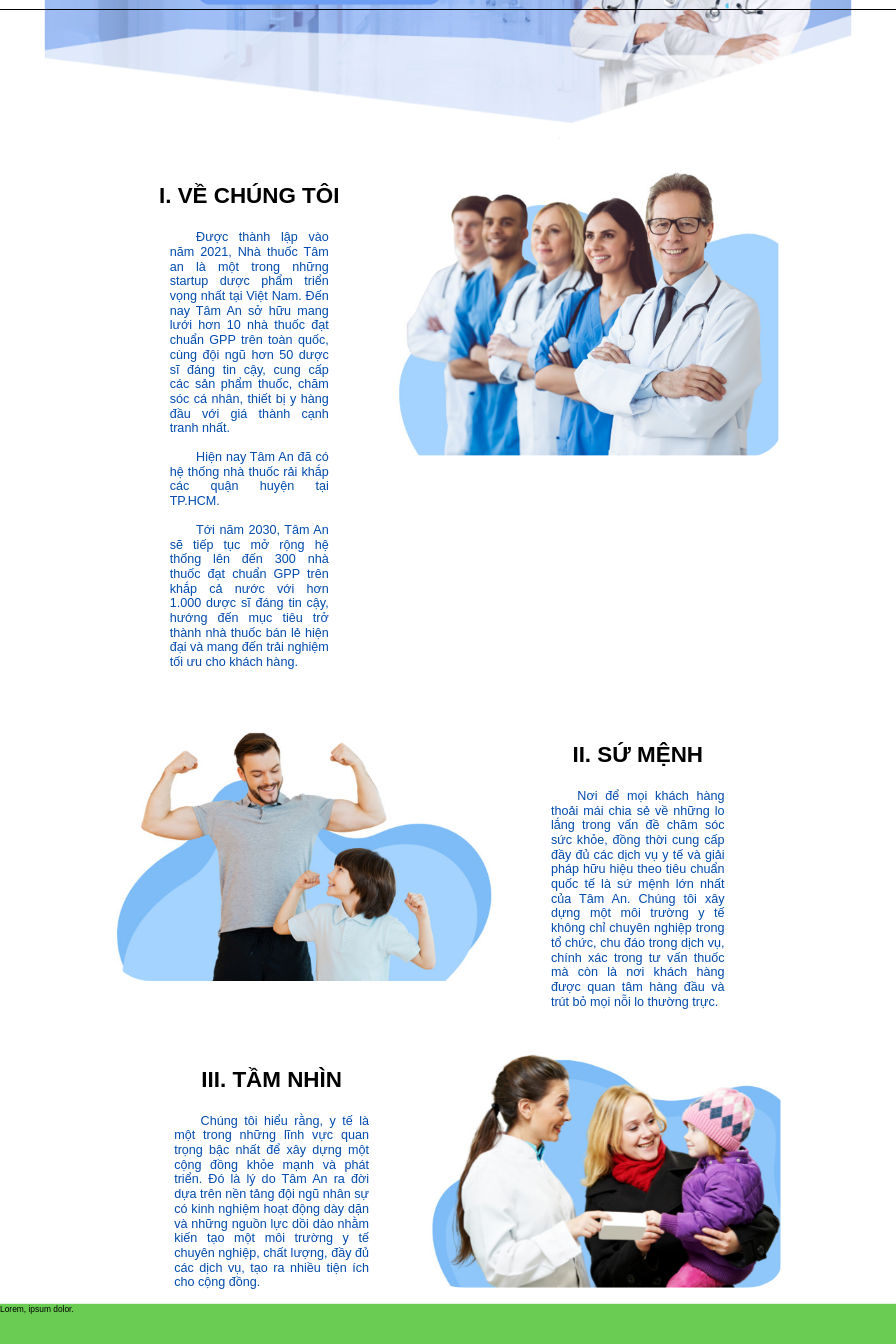
Repository: ViralAIWorks/TamAnPharmacy.github.io
Page: pages/thongtin.html
An editor plug-in stored every save of this project. The page is shown before and after the next save, followed by the edit.
The browser window is 1280 px wide. The pictures show the part of the page from y = 352 to 2272 px (the page is 2578 px tall before and 2566 px after), at 70% of full size.
Some web fonts or font styles are not loaded; a fallback is used.

Above is the page before, as saved 2022-03-14 11:23:08.

After the next save:
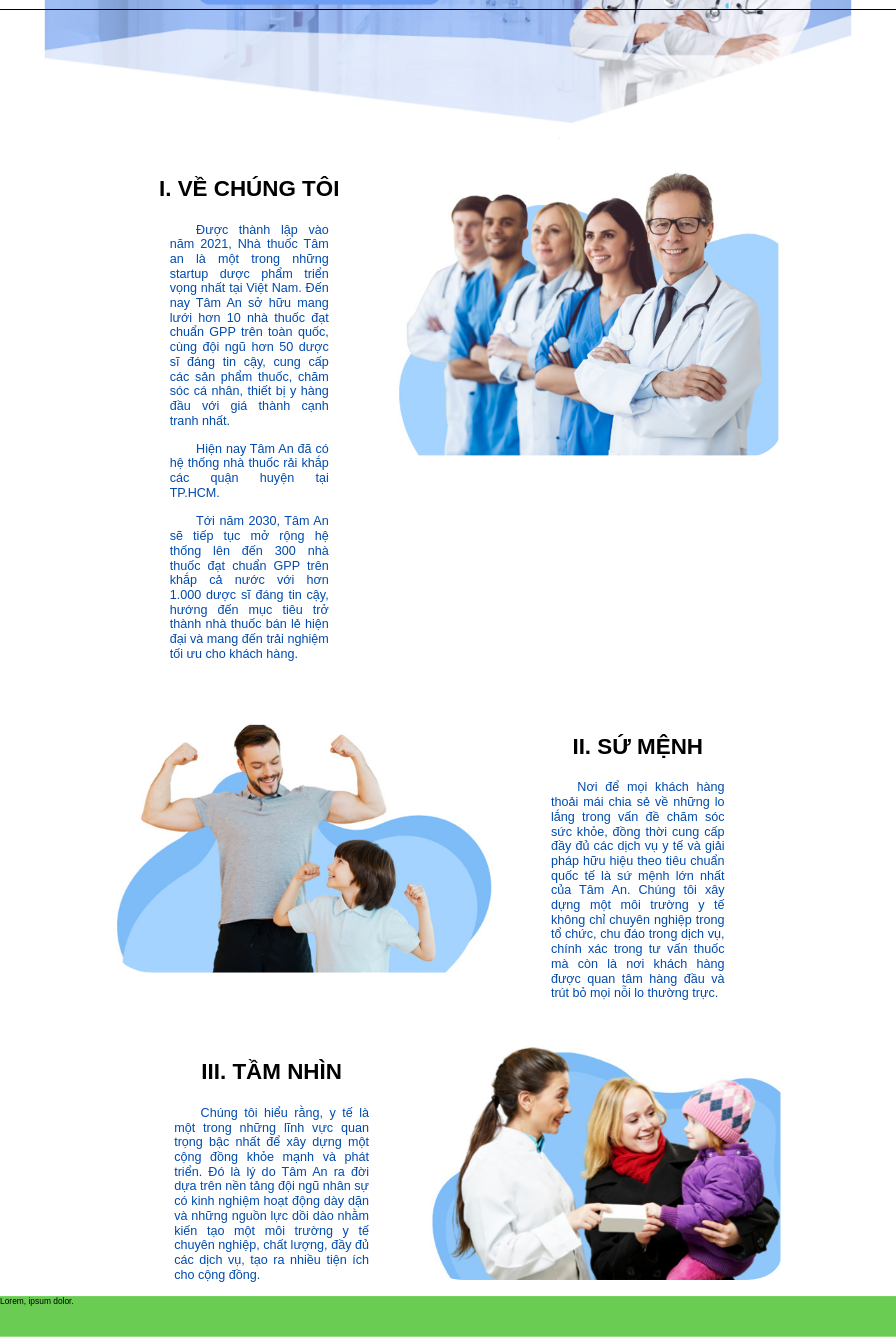
Saved 61 s later.
--- a/pages/thongtin.html
+++ b/pages/thongtin.html
@@ -53,15 +53,17 @@
             <!-- Về chúng tôi -->
             <div class="infomation">
                 <div class="flex-info">
-                    <div>
-                        <h3 class="titleSize">I. VỀ CHÚNG TÔI</h3>
-                        <p class="align-p"> Được thành lập vào năm 2021, Nhà thuốc Tâm an là một trong những startup dược phẩm triển vọng nhất tại Việt Nam. Đến nay Tâm An sở hữu mang lưới hơn 10 nhà thuốc đạt chuẩn GPP trên toàn quốc, cùng đội ngũ hơn 50 dược sĩ đáng tin
-                            cậy, cung cấp các sản phẩm thuốc, chăm sóc cá nhân, thiết bị y hàng đầu với giá thành cạnh tranh nhất.
-                            <p class="align-p"> Hiện nay Tâm An đã có hệ thống nhà thuốc rải khắp các quận huyện tại TP.HCM.</p>
-                            <p class="align-p"> Tới năm 2030, Tâm An sẽ tiếp tục mở rộng hệ thống lên đến 300 nhà thuốc đạt chuẩn GPP trên khắp cả nước với hơn 1.000 dược sĩ đáng tin cậy, hướng đến mục tiêu trở thành nhà thuốc bán lẻ hiện đại và mang đến trải nghiệm tối
-                                ưu cho khách hàng.</p>
-                        </p>
-                    </div>
+                    <right>
+                        <div>
+                            <h3 class="titleSize">I. VỀ CHÚNG TÔI</h3>
+                            <p class="align-p"> Được thành lập vào năm 2021, Nhà thuốc Tâm an là một trong những startup dược phẩm triển vọng nhất tại Việt Nam. Đến nay Tâm An sở hữu mang lưới hơn 10 nhà thuốc đạt chuẩn GPP trên toàn quốc, cùng đội ngũ hơn 50 dược sĩ đáng
+                                tin cậy, cung cấp các sản phẩm thuốc, chăm sóc cá nhân, thiết bị y hàng đầu với giá thành cạnh tranh nhất.
+                                <p class="align-p"> Hiện nay Tâm An đã có hệ thống nhà thuốc rải khắp các quận huyện tại TP.HCM.</p>
+                                <p class="align-p"> Tới năm 2030, Tâm An sẽ tiếp tục mở rộng hệ thống lên đến 300 nhà thuốc đạt chuẩn GPP trên khắp cả nước với hơn 1.000 dược sĩ đáng tin cậy, hướng đến mục tiêu trở thành nhà thuốc bán lẻ hiện đại và mang đến trải nghiệm
+                                    tối ưu cho khách hàng.</p>
+                            </p>
+                        </div>
+                    </right>
                     <left>
                         <img src="images/4NewInfo/2.png" class="img25-position">
                     </left>

After the save that followed:
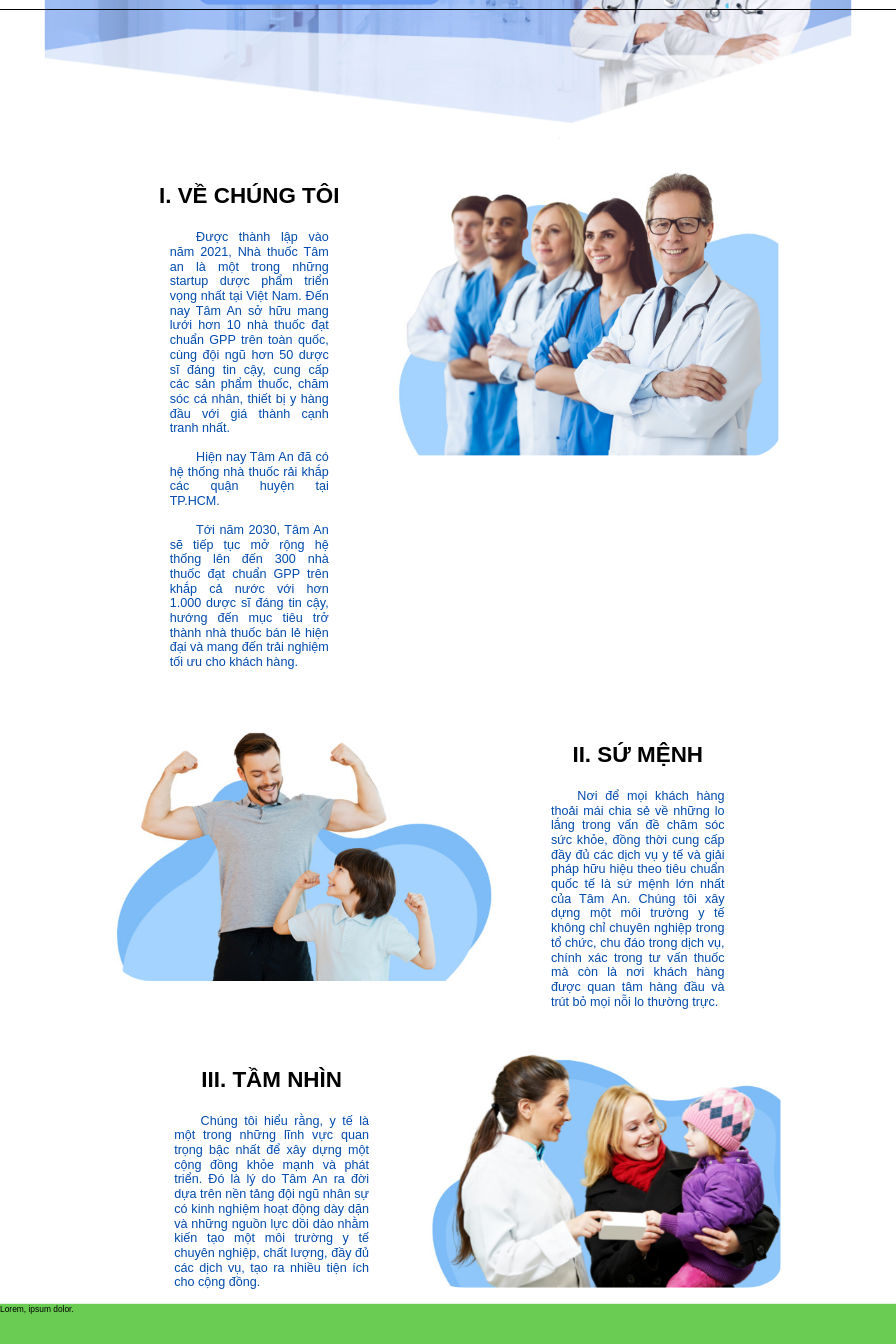
Saved 16 s later.
--- a/pages/thongtin.html
+++ b/pages/thongtin.html
@@ -53,17 +53,15 @@
             <!-- Về chúng tôi -->
             <div class="infomation">
                 <div class="flex-info">
-                    <right>
-                        <div>
-                            <h3 class="titleSize">I. VỀ CHÚNG TÔI</h3>
-                            <p class="align-p"> Được thành lập vào năm 2021, Nhà thuốc Tâm an là một trong những startup dược phẩm triển vọng nhất tại Việt Nam. Đến nay Tâm An sở hữu mang lưới hơn 10 nhà thuốc đạt chuẩn GPP trên toàn quốc, cùng đội ngũ hơn 50 dược sĩ đáng
-                                tin cậy, cung cấp các sản phẩm thuốc, chăm sóc cá nhân, thiết bị y hàng đầu với giá thành cạnh tranh nhất.
-                                <p class="align-p"> Hiện nay Tâm An đã có hệ thống nhà thuốc rải khắp các quận huyện tại TP.HCM.</p>
-                                <p class="align-p"> Tới năm 2030, Tâm An sẽ tiếp tục mở rộng hệ thống lên đến 300 nhà thuốc đạt chuẩn GPP trên khắp cả nước với hơn 1.000 dược sĩ đáng tin cậy, hướng đến mục tiêu trở thành nhà thuốc bán lẻ hiện đại và mang đến trải nghiệm
-                                    tối ưu cho khách hàng.</p>
-                            </p>
-                        </div>
-                    </right>
+                    <div>
+                        <h3 class="titleSize">I. VỀ CHÚNG TÔI</h3>
+                        <p class="align-p"> Được thành lập vào năm 2021, Nhà thuốc Tâm an là một trong những startup dược phẩm triển vọng nhất tại Việt Nam. Đến nay Tâm An sở hữu mang lưới hơn 10 nhà thuốc đạt chuẩn GPP trên toàn quốc, cùng đội ngũ hơn 50 dược sĩ đáng tin
+                            cậy, cung cấp các sản phẩm thuốc, chăm sóc cá nhân, thiết bị y hàng đầu với giá thành cạnh tranh nhất.
+                            <p class="align-p"> Hiện nay Tâm An đã có hệ thống nhà thuốc rải khắp các quận huyện tại TP.HCM.</p>
+                            <p class="align-p"> Tới năm 2030, Tâm An sẽ tiếp tục mở rộng hệ thống lên đến 300 nhà thuốc đạt chuẩn GPP trên khắp cả nước với hơn 1.000 dược sĩ đáng tin cậy, hướng đến mục tiêu trở thành nhà thuốc bán lẻ hiện đại và mang đến trải nghiệm tối
+                                ưu cho khách hàng.</p>
+                        </p>
+                    </div>
                     <left>
                         <img src="images/4NewInfo/2.png" class="img25-position">
                     </left>
